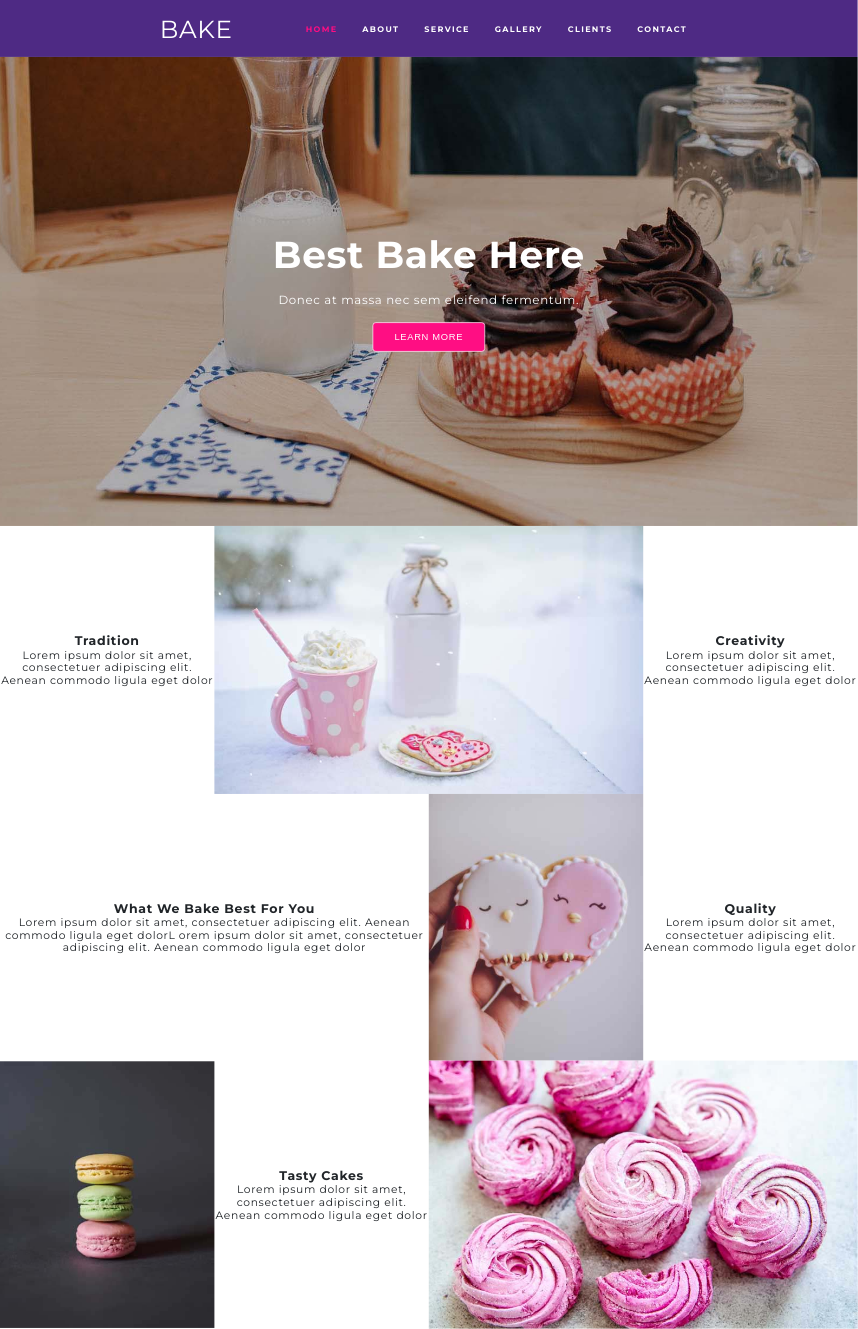
Repository: ducdatit2002/bake-cake
Page: index.html
These files come from the project's save history. The page is drawn as it stood at one moment and after a run of saves; the edit follows.
The browser window is 1280 px wide. The pictures show the whole page, at 67% of full size.

Above is the page before, as saved 2023-07-13 12:31:57.

### index.html
<!DOCTYPE html>
<html lang="en">
<head>
    <meta charset="UTF-8">
    <meta name="viewport" content="width=device-width, initial-scale=1.0">
    <title>BAKE</title>
    <!-- FONT ICON -->
    <link rel="stylesheet" href="https://cdnjs.cloudflare.com/ajax/libs/font-awesome/6.4.0/css/all.min.css"
        integrity="sha512-iecdLmaskl7CVkqkXNQ/ZH/XLlvWZOJyj7Yy7tcenmpD1ypASozpmT/E0iPtmFIB46ZmdtAc9eNBvH0H/ZpiBw=="
        crossorigin="anonymous" referrerpolicy="no-referrer" />
    <!-- FONT GOOGLE -->
    <link rel="preconnect" href="https://fonts.googleapis.com">
    <link rel="preconnect" href="https://fonts.gstatic.com" crossorigin>
    <link href="https://fonts.googleapis.com/css2?family=Montserrat:wght@300;400;700&display=swap" rel="stylesheet">
    <!-- MAIN CSS -->
    <link rel="stylesheet" href="./index.css">

</head>
<body>
    <!-- HEADER -->
    <header>
        <div class="header__content">
            <p>BAKE</p>
            <nav>
                <ul>
                    <li class="active"><a href="#">HOME</a></li>
                    <li><a href="#">ABOUT</a></li>
                    <li><a href="#">SERVICE</a></li>
                    <li><a href="#">GALLERY</a></li>
                    <li><a href="#">CLIENTS</a></li>
                    <li><a href="#">CONTACT</a></li>
                </ul>
            </nav>
        </div>
    </header>
    <!-- CAROUSEL -->
    <section class="carousel">
        <div class="carousel__content">
            <h1>Best Bake Here</h1>
            <p>Donec at massa nec sem eleifend fermentum.</p>
            <button>LEARN MORE</button>
        </div>
    </section>
    <!-- INTRO -->
    <section class="intro">
        <div class="intro__item">
            <div>
                <h3>Tradition</h3>
                <p>Lorem ipsum dolor sit amet, consectetuer adipiscing elit. Aenean commodo ligula eget dolor</p>
            </div>
        </div>
        <div class="intro__item intro__ab1">
            <img src="./img/ab1.jpg" alt="intro 1">
        </div>
        <div class="intro__item">
            <div>
                <h3>Creativity</h3>
                <p>Lorem ipsum dolor sit amet, consectetuer adipiscing elit. Aenean commodo ligula eget dolor</p>
            </div>
        </div>
        <div class="intro__item intro__bake">
            <div>
                <h3>What We Bake Best For You</h3>
                <p>Lorem ipsum dolor sit amet, consectetuer adipiscing elit. Aenean commodo ligula eget dolorL orem ipsum dolor sit amet,
                consectetuer adipiscing elit. Aenean commodo ligula eget dolor</p>
            </div>
        </div>
        <div class="intro__item">
            <img src="./img/ab2.jpg" alt="intro 2">
        </div>
        <div class="intro__item">
            <div>
                <h3>Quality</h3>
                <p>Lorem ipsum dolor sit amet, consectetuer adipiscing elit. Aenean commodo ligula eget dolor</p>
            </div>
        </div>
        <div class="intro__item">
            <img src="./img/ab3.jpg" alt="intro 3">
        </div>
        <div class="intro__item">
            <div>
                <h3>Tasty Cakes</h3>
                <p>Lorem ipsum dolor sit amet, consectetuer adipiscing elit. Aenean commodo ligula eget dolor</p>
            </div>
        </div>
        <div class="intro__item intro__ab4">
            <img src="./img/ab4.jpg" alt="intro 4">
        </div>
    </section>
    <!-- NUMBER -->
    <section class="number"></section>
    <!-- SERVICES -->
    <section class="services"></section>
    <!-- GALLERY -->
    <section class="gallery"></section>
    <!-- TEAM MEMBER -->
    <section class="team"></section>
    <!-- FEEDBACK -->
    <section class="feedback"></section>
    <!-- CONTACT -->
    <section class="contact"></section>
    <!-- FOOTER -->
    <footer></footer>
</body>
</html>

### index.css
/* GLOBAL */
*{
    margin: 0;
    padding: 0;
    box-sizing: border-box;
}
html{
    font-size: 16px;
    /* 1 rem = 18px */
    /* Không khai báo thì 1 rem là 16px */

}
body {
    font-family: 'Montserrat', sans-serif;
    color: #212529;
    background-color: #fff;
    letter-spacing: 1px;
}
button {
    background-color: #ff0e83;
    border: 1px solid white;
    color: white;
    padding: 13px 32px;
    font-size: 0.875rem;
    border-radius: 5px;
    cursor: pointer;
    letter-spacing: 1px;
    transition: all 0.5s;
}
button:hover {
    background-color: white;
    color: black;
    border-color: #ff0e83;

}
/* HEADER */
header {
    background-color: #4e2a84;
    padding: 20px 0;
}
.header__content {
    width: 70%;
    margin: 0 auto;
    display: flex;
    justify-content: space-around;
    align-items: center;
}
.header__content ul {
    list-style: none;
}
.header__content ul a {
    text-decoration: none;
    color: white;
    font-weight: 700;
    font-size: 0.75rem;
    letter-spacing: 2px;
    /* transition-property: all;
    transition-duration: 1s;
    transition-delay: 0s;
    transition-timing-function: linear; */
    transition: all 1s;
}
.header__content ul a:hover {
    color: #ff0e83;
}
.header__content ul li {
    display: inline;
    margin: 0 1rem;
}
.header__content p {
    color: white;
    font-size: 2.3rem;
    /* 2.3 rem ~ 37px */
}
.header__content ul .active a {
    color: #ff0e83;
}

/* CAROUSEL */
.carousel{
    background-image: url(./img/b3.jpg);
    height: 700px;
    background-size: cover;
    background-position: center;
    color: white;
    text-align: center;
    display: flex;
    justify-content: center;
    align-items: center;
}
.carousel__content h1 {
    font-size: 3.5rem;
}
.carousel__content p {
    font-size: 1.1rem;
    padding: 23px 0;
}
/* INTRO */
.intro {
    display: grid;
    /* grid-template-columns: 25% 25% 25% 25%; */
    /* grid-template-columns: repeat(4, 25%); */
    /* fr: phân số */
    grid-template-columns: repeat(4,1fr);
}
.intro__ab1 {
    /* số line bắt đầu */
    /* số line kết thúc */
    /* số cột mà item chiếm */
    /* grid-column:2 / 4; */
    grid-column: 2/ span 2;
}
.intro__bake {
    /* grid-column: 1 / 3; */
    grid-column: 1 /span 2;
}
.intro__ab4 {
    grid-column: 3 / span 2;
}
.intro__item img {
    width: 100%;
    display: block;
}
.intro__item {
    display: flex;
    align-items: center;
    text-align: center;
}
.intro .intro__item:first-child {
    background-color: ;
}

After the next 2 saves:
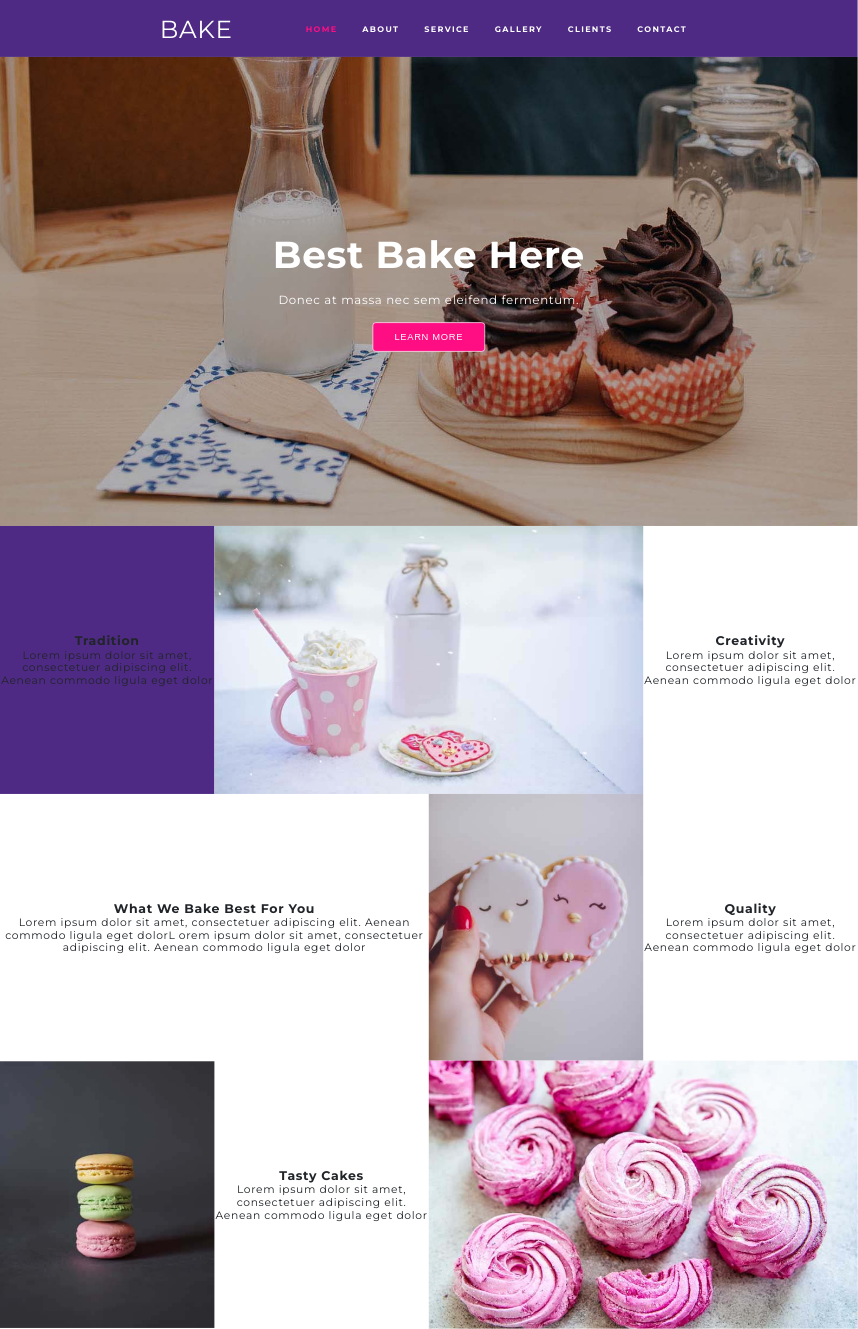
The 2 saves are shown as one change because they came seconds apart.
The last was saved 6 s later.
--- a/index.css
+++ b/index.css
@@ -127,5 +127,6 @@ header {
     text-align: center;
 }
 .intro .intro__item:first-child {
-    background-color: ;
+    background-color: #4e2a84;
+
 }
